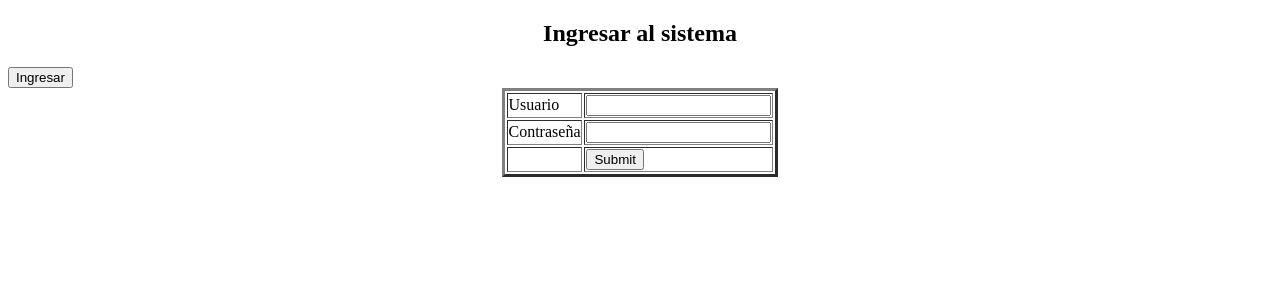
Repository: NayshaOCruz98/CL2ORTIZ
Page: http://localhost/LPII_CL2_ORTIZCRUZNAYSHA/
These files come from the project's save history. The page is drawn as it stood at one moment and after the next save; the edit follows.
The browser window is 1280 px wide. The pictures show the whole page.
The page is served by Tomcat 9.

Above is the page before, as saved 2023-10-24 19:31:38.

After the next save:
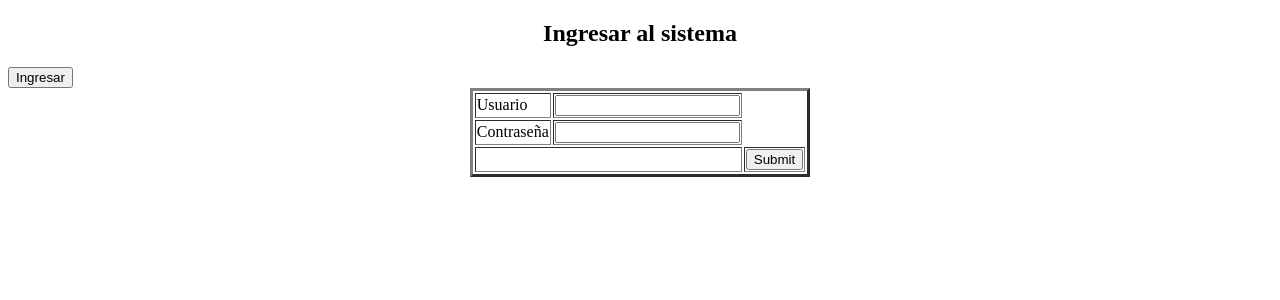
Saved 73 s later.
--- a/LPII_CL2_ORTIZCRUZNAYSHA/src/main/webapp/index.jsp
+++ b/LPII_CL2_ORTIZCRUZNAYSHA/src/main/webapp/index.jsp
@@ -22,7 +22,7 @@
 <td><input type="text" name="usuario"></td>
 </tr>
 <tr>
-<td colspan="1"></td>
+<td colspan="2"></td>
 <td><input type="submit" name="Registra usuario">
 </tr>
 <a href="ControladorServletprod"> <button>Ingresar</button></a></td>
